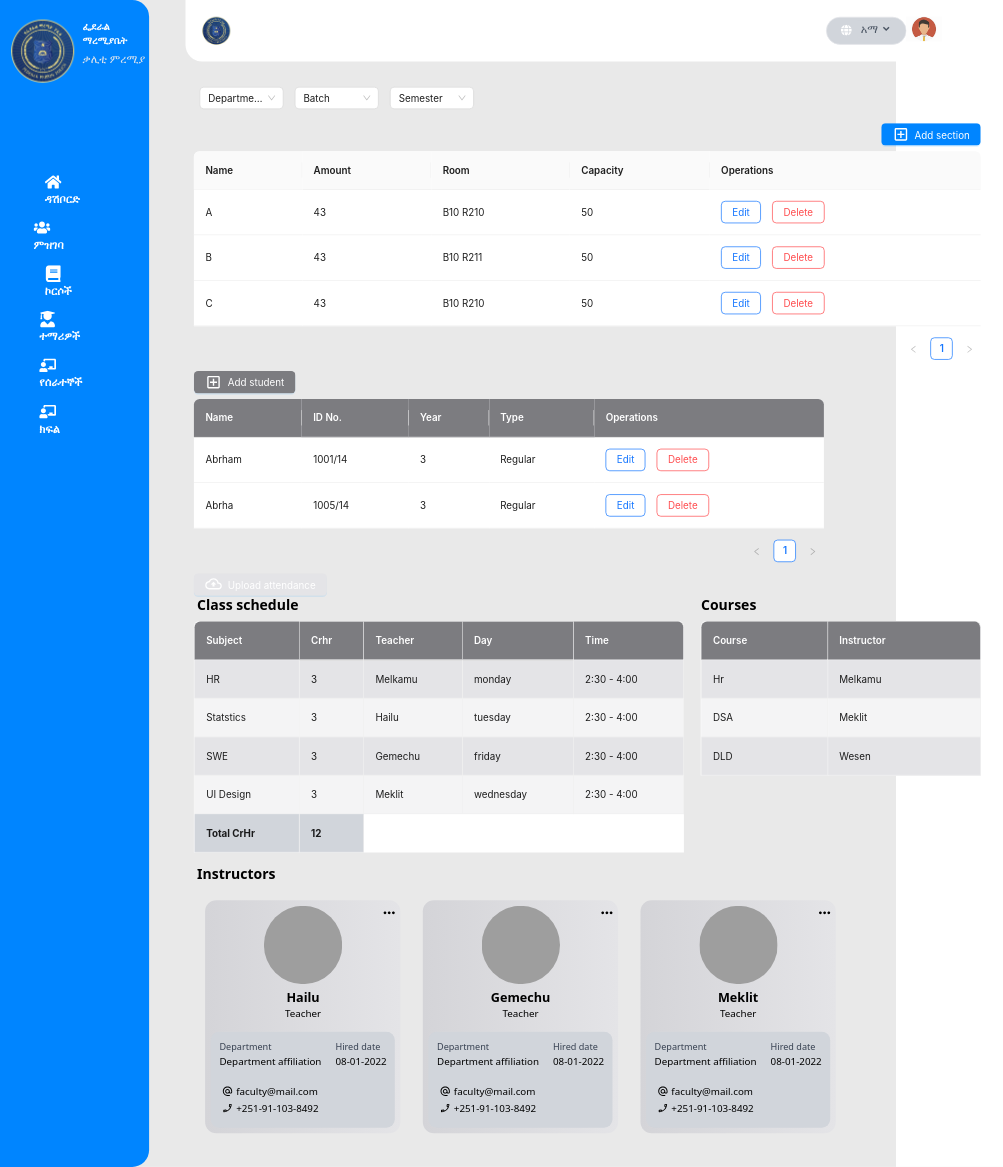
Repository: Yigoya/federal-prison-education-ms-frontend
Page: /classroom, after clicking the first element matching `td.ant-table-cell > a`
An editor plug-in stored every save of this project. The page is shown before and after the next save, followed by the edit.
The browser window is 1280 px wide. The page is 1433 px wide, so the pictures cover 1433 px, including what lies to the right of the window. The pictures show the whole page, at 70% of full size.
Pictures or frames that could not be fetched are drawn as grey boxes. The project was rebuilt for these pictures with package versions that can differ from the ones it lists, and the page was loaded fresh each time. Also part of the build but not shown: vite.config.js, src/pages/DashBoard.jsx, src/pages/Courses.jsx, src/layout/AuthLayout.jsx, src/pages/Login.jsx, src/pages/Teachers.jsx, src/pages/StudentRegistration.jsx, src/components/classroom/ComboBox.jsx and 1 more. Imported but missing from the stored project, and not drawn on this page: src/pages/Students.

Above is the page before, as saved 2024-07-05 15:46:19.

After the next save:
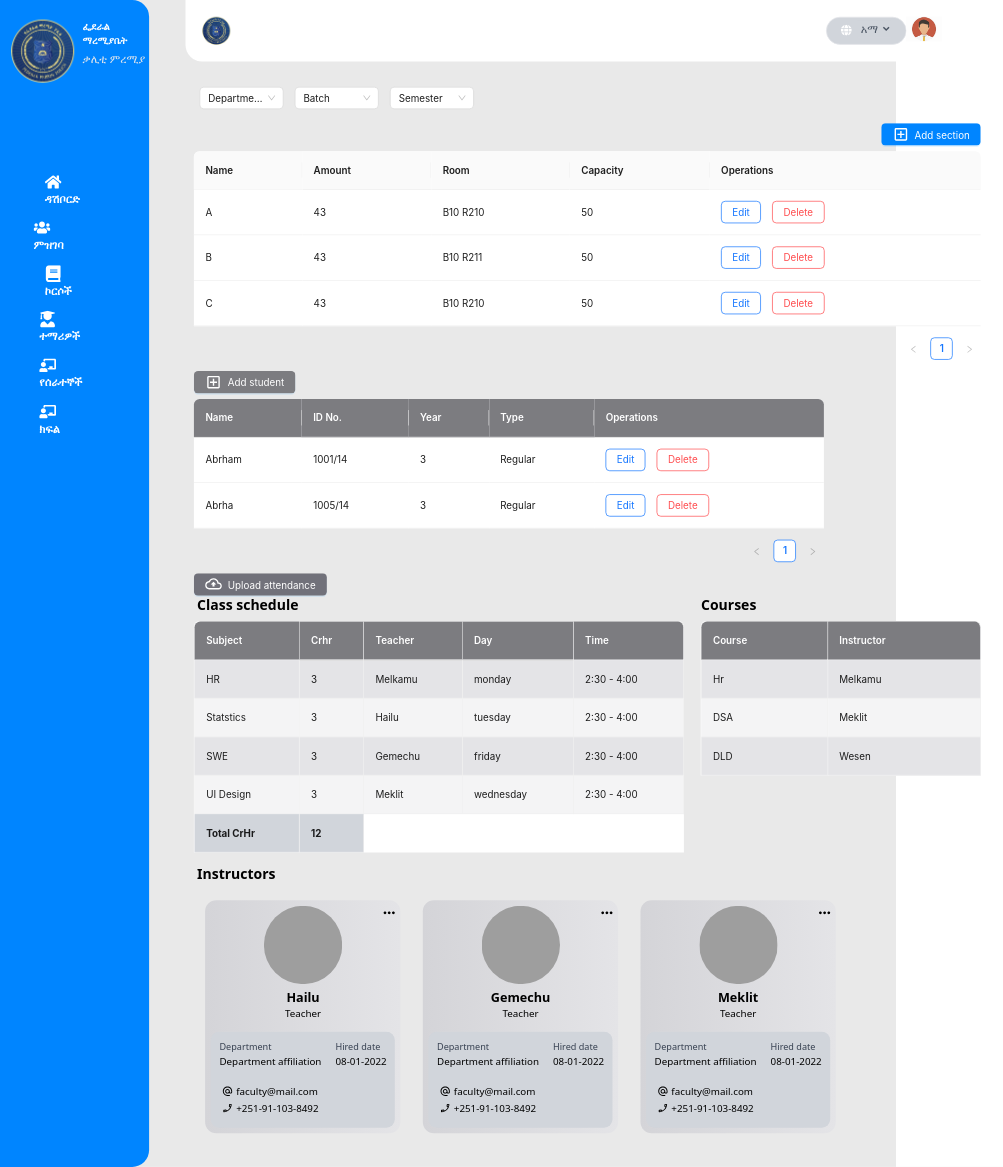
Saved 14 s later.
--- a/src/components/classroom/UploadCenter.jsx
+++ b/src/components/classroom/UploadCenter.jsx
@@ -4,7 +4,7 @@
 const UploadCenter = () => {
   return (
     <div>
-        <Button type="primary" className='bg-zinc-200' icon={<CloudUploadOutlinedIcon />} > Upload attendance</Button>
+        <Button type="primary" className='bg-zinc-500' icon={<CloudUploadOutlinedIcon />} > Upload attendance</Button>
     </div>
   )
 }
